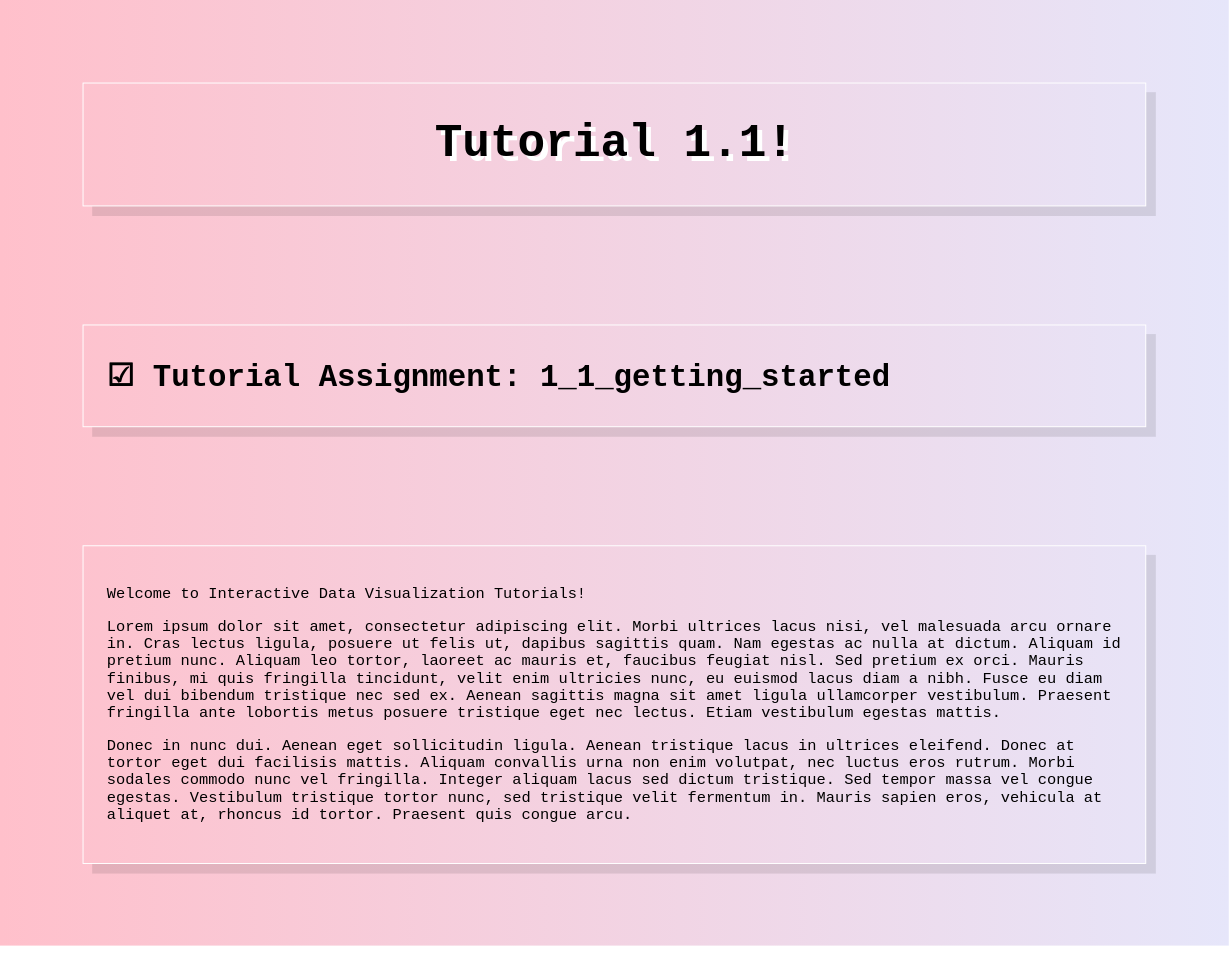
Repository: lisjak/Interactive-Data-Vis-Fall2022
Page: 1_1_getting_started/index.html
These files come from the project's save history. The page is drawn as it stood at one moment and after the next save; the edit follows.
The browser window is 1280 px wide. The pictures show the whole page, at 96% of full size.
Some web fonts or font styles are not loaded; a fallback is used.

Above is the page before, as saved 2022-09-04 22:04:02.

After the next save:
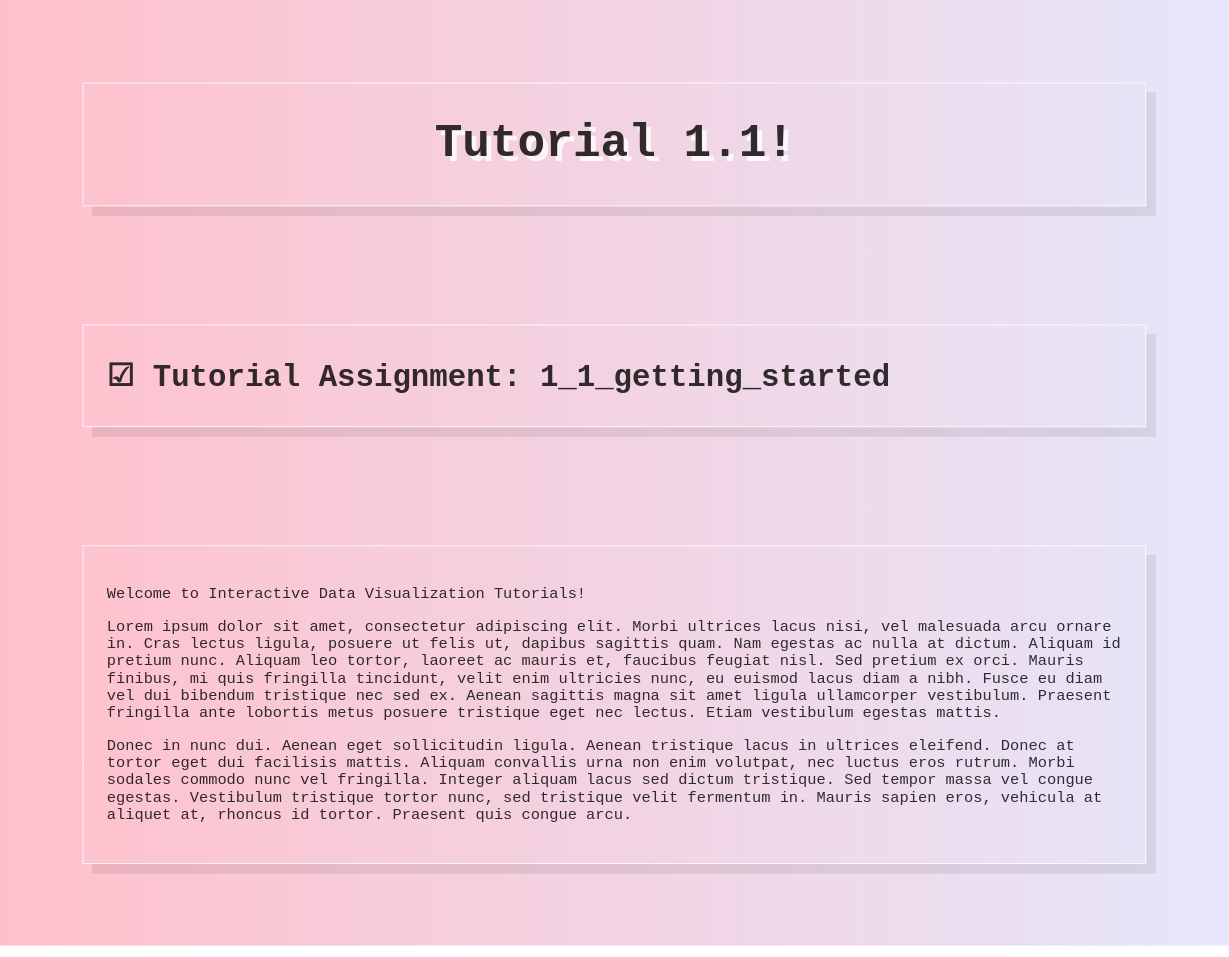
Saved 35 s later.
--- a/1_1_getting_started/style.css
+++ b/1_1_getting_started/style.css
@@ -15,12 +15,13 @@ div {
     margin: 5%;
     box-shadow: 10px 10px 0px rgb(0 0 0 / 0.1);
     transition: 0.5s;
+    opacity: 0.8;
 }
 
 div:hover {
     background-color: lavender;
     padding: 4%;
-    /* opacity: 0.5; */
+    opacity: 1;
     transition: 0.5s;
 }
 
